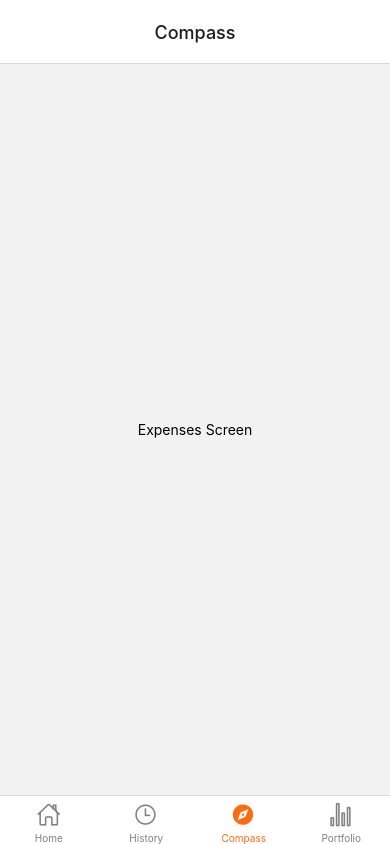
Repository: duongnoob23/WIND_SPEED_IOT
Screen: /Compass
These files come from the project's save history. The screen is drawn as it stood at one moment and after the next save; the edit follows.
The app was drawn by React Native's web renderer in a window 390 px wide. The project was rebuilt for these pictures with package versions that can differ from the ones it lists, and the page was loaded fresh each time. Also part of the build but not shown: src/page/screens/HomeScreen.js, src/page/screens/PortfolioScreen.js.

Above is the screen before, as saved 2025-03-11 14:46:43.

### App.tsx
import React from "react";
import { NavigationContainer } from "@react-navigation/native";
import AppNavigator from "./src/navigation/AppNavigator";

const App = (): JSX.Element => {
  return (
    <NavigationContainer>
      <AppNavigator />
    </NavigationContainer>
  );
};

export default App;

### src/navigation/AppNavigator.tsx
import React from "react";
import TabNavigator from "./TabNavigator";

const AppNavigator = () => {
  return <TabNavigator />;
};

export default AppNavigator;

### src/navigation/TabNavigator.tsx
import React from "react";
import { createBottomTabNavigator } from "@react-navigation/bottom-tabs";
import { Ionicons } from "@expo/vector-icons";

// Import các màn hình
import HomeScreen from "../page/screens/HomeScreen";
import ExpensesScreen from "../page/screens/ExpensesScreen";
import PortfolioScreen from "../page/screens/PortfolioScreen";
import BankAccountsScreen from "../page/screens/BankAccountsScreen";
import WindScreen from "../page/screens/WindScreen";
import CoreNavigation from "../page/screens/CoreNavigation";

const Tab = createBottomTabNavigator();

const TabNavigator = () => {
  return (
    <Tab.Navigator
      screenOptions={({ route }) => ({
        tabBarIcon: ({ focused, color, size }) => {
          let iconName: keyof typeof Ionicons.glyphMap;
          if (route.name === "Home") {
            iconName = focused ? "home" : "home-outline";
          } else if (route.name === "Expenses") {
            iconName = focused ? "cash" : "cash-outline";
          } else if (route.name === "Portfolio") {
            iconName = focused ? "stats-chart" : "stats-chart-outline";
          } else if (route.name === "BankAccounts") {
            iconName = focused ? "wallet" : "wallet-outline";
          } else if (route.name === "History") {
            iconName = focused ? "time" : "time-outline"; // Ví dụ
          } else if (route.name === "Compass") {
            iconName = focused ? "compass" : "compass-outline"; // Ví dụ
          } else {
            iconName = "help-circle-outline";
          }
          return <Ionicons name={iconName} size={size} color={color} />;
        },
        tabBarActiveTintColor: "#FF6B0D",
        tabBarInactiveTintColor: "gray",
        headerTitleAlign: "center",
      })}
    >
      <Tab.Screen name="Home" component={WindScreen} />
      <Tab.Screen name="History" component={HomeScreen} />
      <Tab.Screen name="Compass" component={ExpensesScreen} />
      <Tab.Screen name="Portfolio" component={PortfolioScreen} />
      {/* <Tab.Screen name="BankAccounts" component={BankAccountsScreen} />
      <Tab.Screen name="Core" component={CoreNavigation} /> */}
    </Tab.Navigator>
  );
};
export default TabNavigator;

### src/page/screens/ExpensesScreen.js
import React from "react";
import { View, Text, StyleSheet } from "react-native";

export default function ExpensesScreen() {
  return (
    <View style={styles.container}>
      <Text>Expenses Screen</Text>
    </View>
  );
}

const styles = StyleSheet.create({
  container: {
    flex: 1,
    justifyContent: "center",
    alignItems: "center",
  },
});

### src/page/screens/WindScreen.js
// import React from "react";
// import { View, Text, StyleSheet } from "react-native";
// // Ionicons (hoặc dùng bất kỳ bộ icon nào bạn thích)
// import { Ionicons } from "@expo/vector-icons";

// const WindScreen = () => {
//   // Dữ liệu demo
//   const windSpeed = 7.8; // Đơn vị m/s (hoặc km/h)
//   const windLevel = "Gentle Breeze"; // Mức độ gió (tùy vào thang đo Beaufort)

//   return (
//     <View style={styles.container}>
//       {/* Tiêu đề (ví dụ hiển thị tên địa điểm, có thể bỏ nếu không cần) */}
//       <Text style={styles.locationText}>Hà Nội, Việt Nam</Text>

//       {/* Icon gió lớn ở giữa */}
//       <Ionicons name="md-wind" size={120} color="#fff" style={styles.icon} />

//       {/* Thông số tốc độ gió */}
//       <Text style={styles.windSpeed}>{windSpeed} m/s</Text>

//       {/* Mô tả mức độ gió */}
//       <Text style={styles.windLevel}>{windLevel}</Text>
//     </View>
//   );
// };

// export default WindScreen;

// const styles = StyleSheet.create({
//   container: {
//     flex: 1,
//     backgroundColor: "#4776E6", // Màu nền giả lập, bạn có thể đổi thành gradient
//     alignItems: "center",
//     justifyContent: "center",
//   },
//   locationText: {
//     fontSize: 20,
//     color: "#fff",
//     marginBottom: 20,
//   },
//   icon: {
//     marginVertical: 20,
//   },
//   windSpeed: {
//     fontSize: 50,
//     color: "#fff",
//     fontWeight: "bold",
//     marginBottom: 10,
//   },
//   windLevel: {
//     fontSize: 24,
//     color: "#fff",
//   },
// });

import React, { useEffect } from "react";
import { View, Text, StyleSheet, Animated, ScrollView } from "react-native";
import Icon from "react-native-vector-icons/FontAwesome"; // Sử dụng FontAwesome từ react-native-vector-icons

const WindScreen = () => {
  // Animated value cho hiệu ứng rung
  const shakeAnimation = new Animated.Value(0);

  // Dữ liệu demo
  const currentWindSpeed = 11; // m/s (theo hình ảnh)
  const windLevel = "Heavy Rain"; // Theo hình ảnh
  const forecastData = [
    { day: "Two hours ago", speed: 6.5, icon: "cloud" },
    { day: "One hours ago", speed: 11, icon: "cloud" },
    { day: "Now", speed: 7.8, icon: "cloud" },
  ];

  // Hiệu ứng rung cho icon
  useEffect(() => {
    const animate = () => {
      Animated.sequence([
        Animated.timing(shakeAnimation, {
          toValue: 10,
          duration: 100,
          useNativeDriver: true,
        }),
        Animated.timing(shakeAnimation, {
          toValue: -10,
          duration: 100,
          useNativeDriver: true,
        }),
        Animated.timing(shakeAnimation, {
          toValue: 0,
          duration: 100,
          useNativeDriver: true,
        }),
      ]).start(() => setTimeout(animate, 2000)); // Lặp lại sau 2 giây
    };
    animate();
  }, [shakeAnimation]);

  const shakeStyle = {
    transform: [{ translateX: shakeAnimation }],
  };

  return (
    // <ScrollView>
    <View style={styles.container}>
      <Text style={styles.locationText}>London, United Kingdom</Text>

      <Animated.View style={[styles.iconContainer, shakeStyle]}>
        <Icon name="cloud" size={120} color="#FFD60A" />
      </Animated.View>

      <Text style={styles.windSpeed}>{currentWindSpeed} km/h</Text>
      <Text style={styles.windLevel}>{windLevel}</Text>

      <View style={styles.forecastContainer}>
        {forecastData.map((item, index) => (
          <View key={index} style={styles.forecastBox}>
            <Text style={styles.forecastDay}>{item.day}</Text>
            <Icon name={item.icon} size={30} color="#fff" />
            <Text style={styles.forecastSpeed}>{item.speed} m/s</Text>
          </View>
        ))}
      </View>
    </View>
    // {/* </ScrollView> */}
  );
};

export default WindScreen;

const color1 = "black";

const styles = StyleSheet.create({
  container: {
    flex: 1,
    // backgroundColor: "rgba(0, 0, 0, 0.5)", // Nền mờ ảo
    backgroundColor: "black",
    // borderColor: "black",
    // borderWidth: 10,
    alignItems: "center",
    justifyContent: "center",
    padding: 20,
  },
  locationText: {
    fontSize: 20,
    color: "#fff",
    marginBottom: 20,
    textAlign: "center",
  },
  iconContainer: {
    marginVertical: 20,
  },
  windSpeed: {
    fontSize: 50,
    color: "#FFD60A",
    fontWeight: "bold",
    marginBottom: 20,
    textAlign: "center",
  },
  windLevel: {
    fontSize: 24,
    color: "#fff",
    textAlign: "center",
    marginBottom: 100,
  },
  forecastContainer: {
    flexDirection: "row",
    justifyContent: "space-between",
    width: "100%",
  },
  forecastBox: {
    backgroundColor: "rgba(255, 255, 255, 0.2)", // Ô vuông mờ
    borderWidth: 1,
    borderColor: "#fff",
    borderRadius: 10,
    padding: 10,
    alignItems: "center",
    width: "30%",
  },
  forecastDay: {
    fontSize: 12,
    color: "#fff",
    marginBottom: 5,
  },
  forecastSpeed: {
    fontSize: 18,
    color: "#fff",
    fontWeight: "bold",
  },
});

After the next save:
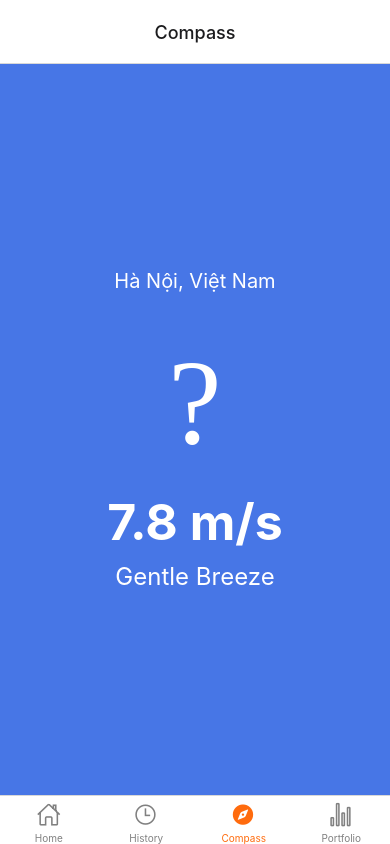
Saved 7 h 3 min later.
--- a/src/page/screens/ExpensesScreen.js
+++ b/src/page/screens/ExpensesScreen.js
@@ -1,18 +1,55 @@
 import React from "react";
 import { View, Text, StyleSheet } from "react-native";
+// Ionicons (hoặc dùng bất kỳ bộ icon nào bạn thích)
+import { Ionicons } from "@expo/vector-icons";
 
-export default function ExpensesScreen() {
+const ExpensesScreen = () => {
+  // Dữ liệu demo
+  const windSpeed = 7.8; // Đơn vị m/s (hoặc km/h)
+  const windLevel = "Gentle Breeze"; // Mức độ gió (tùy vào thang đo Beaufort)
+
   return (
     <View style={styles.container}>
-      <Text>Expenses Screen</Text>
+      {/* Tiêu đề (ví dụ hiển thị tên địa điểm, có thể bỏ nếu không cần) */}
+      <Text style={styles.locationText}>Hà Nội, Việt Nam</Text>
+
+      {/* Icon gió lớn ở giữa */}
+      <Ionicons name="md-wind" size={120} color="#fff" style={styles.icon} />
+
+      {/* Thông số tốc độ gió */}
+      <Text style={styles.windSpeed}>{windSpeed} m/s</Text>
+
+      {/* Mô tả mức độ gió */}
+      <Text style={styles.windLevel}>{windLevel}</Text>
     </View>
   );
-}
+};
+
+export default ExpensesScreen;
 
 const styles = StyleSheet.create({
   container: {
     flex: 1,
+    backgroundColor: "#4776E6", // Màu nền giả lập, bạn có thể đổi thành gradient
+    alignItems: "center",
     justifyContent: "center",
-    alignItems: "center",
+  },
+  locationText: {
+    fontSize: 20,
+    color: "#fff",
+    marginBottom: 20,
+  },
+  icon: {
+    marginVertical: 20,
+  },
+  windSpeed: {
+    fontSize: 50,
+    color: "#fff",
+    fontWeight: "bold",
+    marginBottom: 10,
+  },
+  windLevel: {
+    fontSize: 24,
+    color: "#fff",
   },
 });
